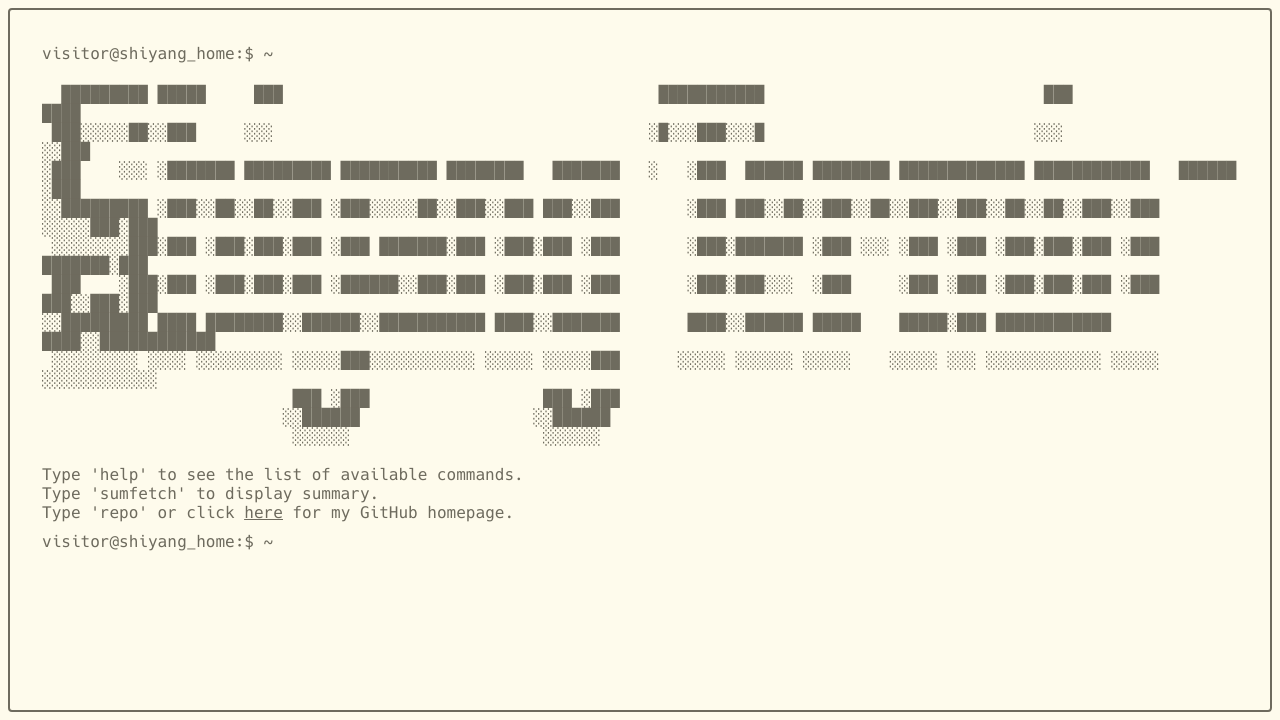
Repository: ShiyangLai/shiyanglai.github.io
Page: /
The author's editor kept a copy of each file at every save. The page is drawn from the files as they stood at one save, then again after the next save.
The browser window is 1280 px wide. The pictures show the whole page.
The project was rebuilt for these pictures with package versions that can differ from the ones it lists, and the page was loaded fresh each time. The framework's server and built-in components were replaced by stand-ins that run in the browser. Also part of the build but not shown: next.config.js, src/utils/bin/commands.ts, src/utils/api.ts, src/utils/bin/api_commands.ts, src/utils/bin/sumfetch.ts.

Above is the page before, as saved 2024-04-15 15:32:47.

### config.json
{
  "readmeUrl": "https://raw.githubusercontent.com/ShiyangLai/shiyanglai.github.io/master/src/pages/readme.txt",
  "title": "Shiyang's Terminal",
  "name": "shiyang (lucas) lai",
  "ascii": "shiyang",
  "social": {
    "github": "github",
    "linkedin": "shiyang-lai-230365213",
    "linedin_name": "shiyang-lai"
  },
  "email": "shiyanglai@uchicago.edu",
  "ps1_hostname": "shiyang_home",
  "ps1_username": "visitor",
  "repo": "https://github.com/ShiyangLai",
  "google_scholar": "https://scholar.google.com/citations?user=qALDmfcAAAAJ&hl=en",
  "resume_url": "",
  "colors": {
    "dark": {
      "terminal.background":"#FEFBEC",
      "terminal.foreground":"#6E6B5E",
      "terminalCursor.background":"#6E6B5E",
      "terminalCursor.foreground":"#6E6B5E",
      "terminal.ansiBlack":"#FEFBEC",
      "terminal.ansiBlue":"#6684E1",
      "terminal.ansiBrightBlack":"#999580",
      "terminal.ansiBrightBlue":"#6684E1",
      "terminal.ansiBrightCyan":"#1FAD83",
      "terminal.ansiBrightGreen":"#60AC39",
      "terminal.ansiBrightMagenta":"#B854D4",
      "terminal.ansiBrightRed":"#D73737",
      "terminal.ansiBrightWhite":"#20201D",
      "terminal.ansiBrightYellow":"#AE9513",
      "terminal.ansiCyan":"#1FAD83",
      "terminal.ansiGreen":"#60AC39",
      "terminal.ansiMagenta":"#B854D4",
      "terminal.ansiRed":"#D73737",
      "terminal.ansiWhite":"#6E6B5E",
      "terminal.ansiYellow":"#AE9513"
    },
    "light": {
      "background":"#FEFBEC",
      "foreground":"#6E6B5E",
      "ansiBlack":"#FEFBEC",
      "ansiBlue":"#6684E1",
      "ansiBrightBlack":"#999580",
      "ansiBrightBlue":"#6684E1",
      "terminal.ansiBrightCyan":"#1FAD83",
      "terminal.ansiBrightGreen":"#60AC39",
      "terminal.ansiBrightMagenta":"#B854D4",
      "terminal.ansiBrightRed":"#D73737",
      "terminal.ansiBrightWhite":"#20201D",
      "terminal.ansiBrightYellow":"#AE9513",
      "terminal.ansiCyan":"#1FAD83",
      "terminal.ansiGreen":"#60AC39",
      "terminal.ansiMagenta":"#B854D4",
      "terminal.ansiRed":"#D73737",
      "terminal.ansiWhite":"#6E6B5E",
      "terminal.ansiYellow":"#AE9513"
    }
  }
}

### src/components/input.tsx
import React from 'react';
import { commandExists } from '../utils/commandExists';
import { shell } from '../utils/shell';
import { handleTabCompletion } from '../utils/tabCompletion';
import { Ps1 } from './Ps1';

export const Input = ({
  inputRef,
  containerRef,
  command,
  history,
  lastCommandIndex,
  setCommand,
  setHistory,
  setLastCommandIndex,
  clearHistory,
}) => {
  const onSubmit = async (event: React.KeyboardEvent<HTMLInputElement>) => {
    const commands: [string] = history
      .map(({ command }) => command)
      .filter((command: string) => command);

    if (event.key === 'c' && event.ctrlKey) {
      event.preventDefault();
      setCommand('');
      setHistory('');
      setLastCommandIndex(0);
    }

    if (event.key === 'l' && event.ctrlKey) {
      event.preventDefault();
      clearHistory();
    }

    if (event.key === 'Tab') {
      event.preventDefault();
      handleTabCompletion(command, setCommand);
    }

    if (event.key === 'Enter' || event.code === '13') {
      event.preventDefault();
      setLastCommandIndex(0);
      await shell(command, setHistory, clearHistory, setCommand);
      containerRef.current.scrollTo(0, containerRef.current.scrollHeight);
    }

    if (event.key === 'ArrowUp') {
      event.preventDefault();
      if (!commands.length) {
        return;
      }
      const index: number = lastCommandIndex + 1;
      if (index <= commands.length) {
        setLastCommandIndex(index);
        setCommand(commands[commands.length - index]);
      }
    }

    if (event.key === 'ArrowDown') {
      event.preventDefault();
      if (!commands.length) {
        return;
      }
      const index: number = lastCommandIndex - 1;
      if (index > 0) {
        setLastCommandIndex(index);
        setCommand(commands[commands.length - index]);
      } else {
        setLastCommandIndex(0);
        setCommand('');
      }
    }
  };

  const onChange = ({
    target: { value },
  }: React.ChangeEvent<HTMLInputElement>) => {
    setCommand(value);
  };

  return (
    <div className="flex flex-row space-x-2">
      <label htmlFor="prompt" className="flex-shrink">
        <Ps1 />
      </label>

      <input
        ref={inputRef}
        id="prompt"
        type="text"
        className={`bg-light-background dark:bg-dark-background focus:outline-none flex-grow ${
          commandExists(command) || command === ''
            ? 'text-dark-green'
            : 'text-dark-red'
        }`}
        value={command}
        onChange={onChange}
        autoFocus
        onKeyDown={onSubmit}
        autoComplete="off"
        spellCheck="false"
      />
    </div>
  );
};

export default Input;

### src/components/history/History.tsx
import React from 'react';
import { History as HistoryInterface } from './interface';
import { Ps1 } from '../Ps1';

export const History: React.FC<{ history: Array<HistoryInterface> }> = ({
  history,
}) => {
  return (
    <>
      {history.map((entry: HistoryInterface, index: number) => (
        <div key={entry.command + index}>
          <div className="flex flex-row space-x-2">
            <div className="flex-shrink">
              <Ps1 />
            </div>

            <div className="flex-grow">{entry.command}</div>
          </div>

          <p
            className="whitespace-pre-wrap mb-2"
            style={{ lineHeight: 'normal' }}
            dangerouslySetInnerHTML={{ __html: entry.output }}
          />
        </div>
      ))}
    </>
  );
};

export default History;

Loaded but not shown: src/pages/_app.tsx (common file); src/pages/index.tsx (common file); src/styles/global.css (common file); src/components/history/hook.ts (common file); src/utils/bin/index.ts (common file); src/utils/commandExists.ts (common file); src/utils/shell.ts (common file); src/utils/tabCompletion.ts (common file); src/components/Ps1.tsx (common file); tailwind.config.js (common file)

After the next save:
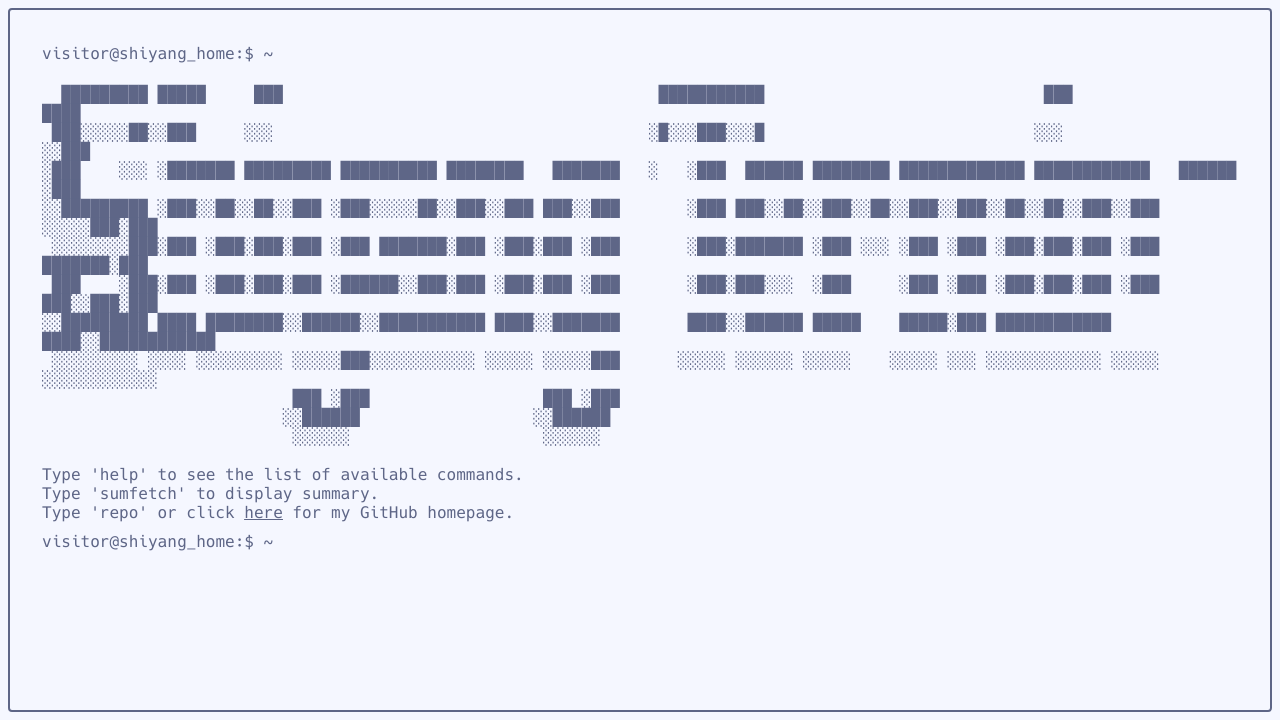
Saved 69 s later.
--- a/config.json
+++ b/config.json
@@ -38,24 +38,26 @@
       "terminal.ansiYellow":"#AE9513"
     },
     "light": {
-      "background":"#FEFBEC",
-      "foreground":"#6E6B5E",
-      "ansiBlack":"#FEFBEC",
-      "ansiBlue":"#6684E1",
-      "ansiBrightBlack":"#999580",
-      "ansiBrightBlue":"#6684E1",
-      "terminal.ansiBrightCyan":"#1FAD83",
-      "terminal.ansiBrightGreen":"#60AC39",
-      "terminal.ansiBrightMagenta":"#B854D4",
-      "terminal.ansiBrightRed":"#D73737",
-      "terminal.ansiBrightWhite":"#20201D",
-      "terminal.ansiBrightYellow":"#AE9513",
-      "terminal.ansiCyan":"#1FAD83",
-      "terminal.ansiGreen":"#60AC39",
-      "terminal.ansiMagenta":"#B854D4",
-      "terminal.ansiRed":"#D73737",
-      "terminal.ansiWhite":"#6E6B5E",
-      "terminal.ansiYellow":"#AE9513"
+      "background":"#F5F7FF",
+      "foreground":"#5E6687",
+      "Cursor.background":"#5E6687",
+      "Cursor.foreground":"#5E6687",
+      "ansiBlack":"#F5F7FF",
+      "ansiBlue":"#3D8FD1",
+      "terminal.ansiBrightBlack":"#898EA4",
+      "terminal.ansiBrightBlue":"#3D8FD1",
+      "terminal.ansiBrightCyan":"#22A2C9",
+      "terminal.ansiBrightGreen":"#AC9739",
+      "terminal.ansiBrightMagenta":"#6679CC",
+      "terminal.ansiBrightRed":"#C94922",
+      "terminal.ansiBrightWhite":"#202746",
+      "terminal.ansiBrightYellow":"#C08B30",
+      "terminal.ansiCyan":"#22A2C9",
+      "terminal.ansiGreen":"#AC9739",
+      "terminal.ansiMagenta":"#6679CC",
+      "terminal.ansiRed":"#C94922",
+      "terminal.ansiWhite":"#5E6687",
+      "terminal.ansiYellow":"#C08B30"
     }
   }
 }
